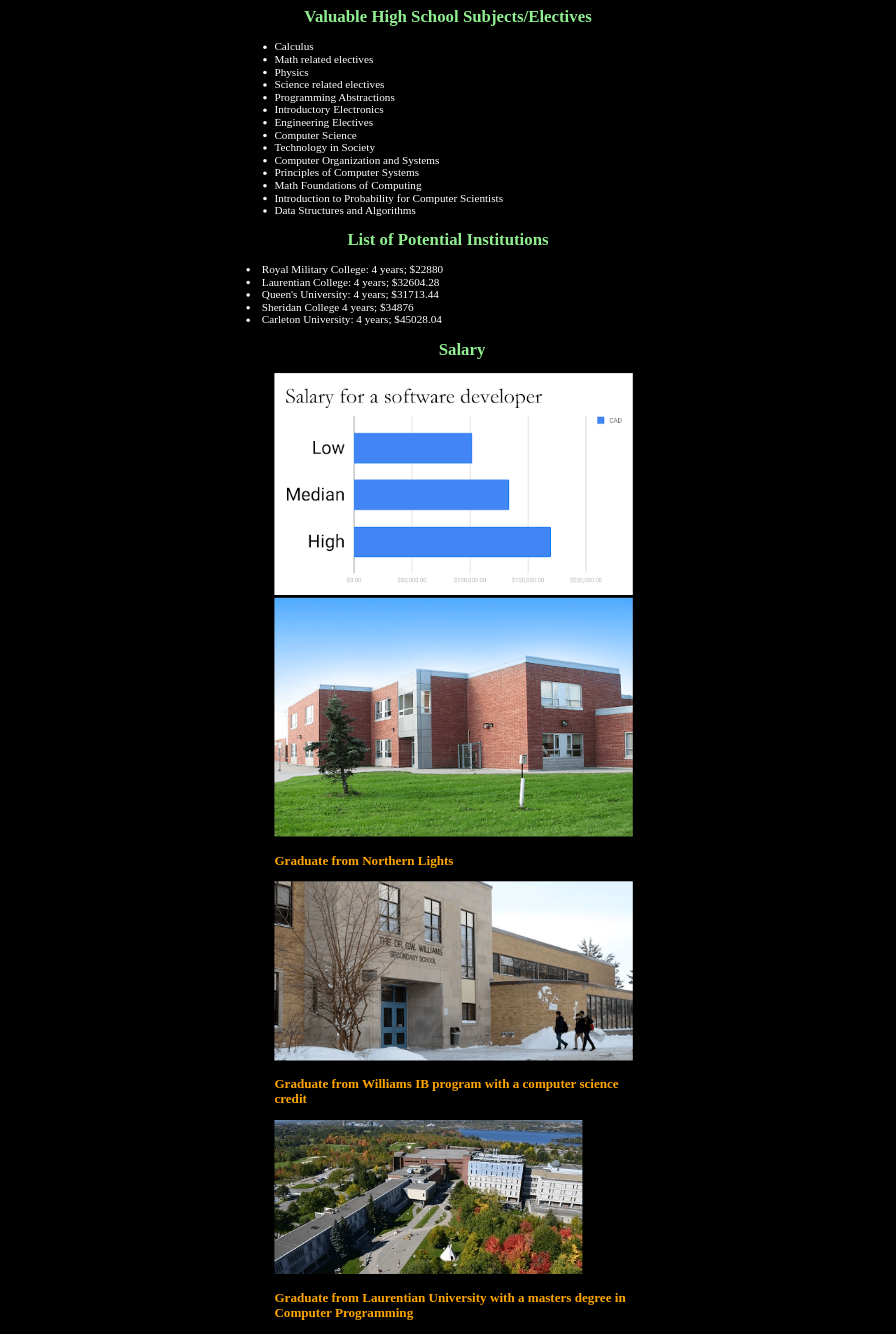
Repository: soerik/1soerik.github.io
Page: index.html
The author's editor kept a record of every edit. The page is drawn from the files as they stood at one moment, then again after the next edit.
The browser window is 1280 px wide. The pictures show the part of the page from y = 1190 to 3110 px (the page is 3095 px tall before and 3110 px after), at 70% of full size.

Above is the page before.

After the next edit:
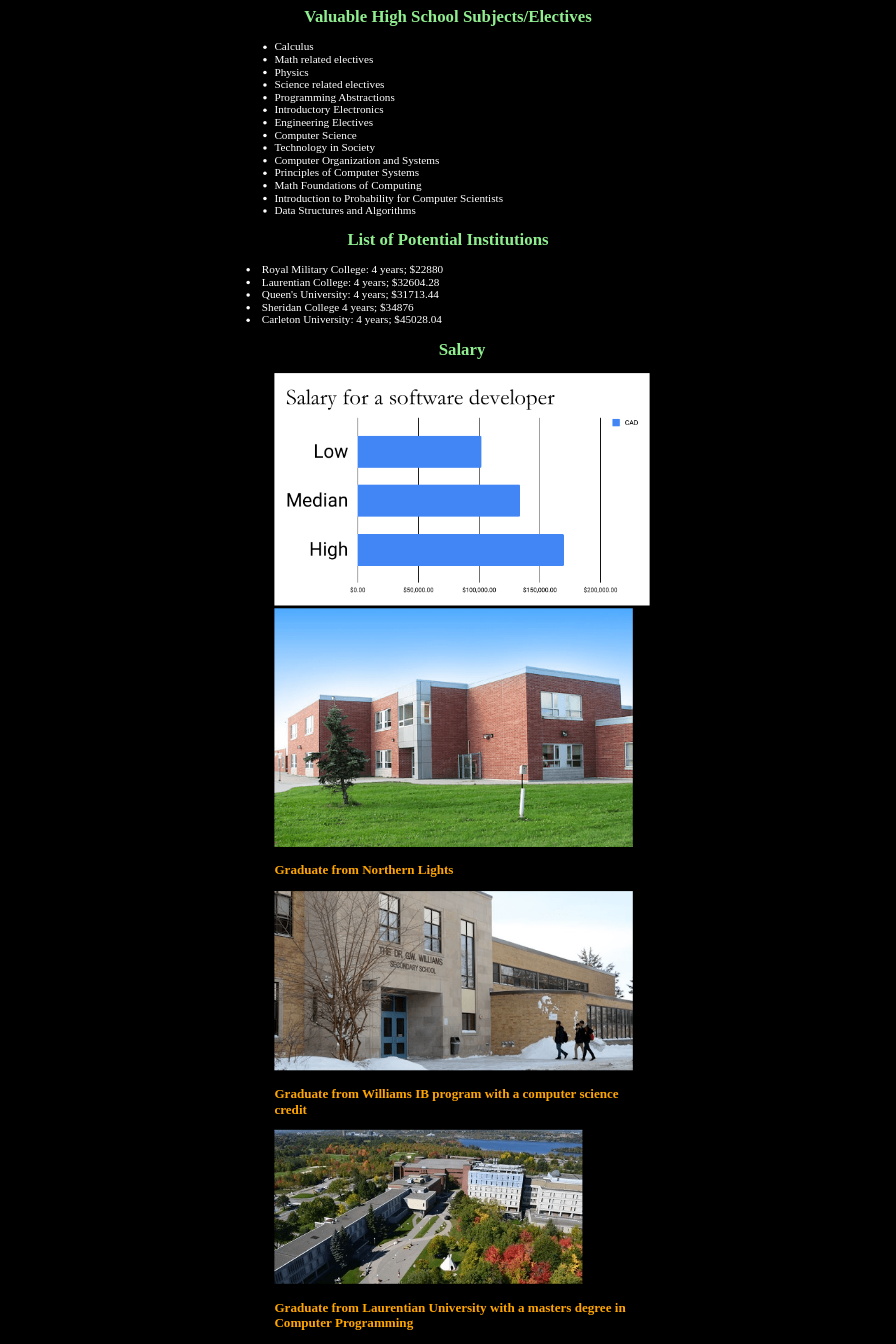
The edit:
--- a/index.html
+++ b/index.html
@@ -125,7 +125,7 @@
 <ul>
 
 <h2>Salary</h2>
-<img src="Salary Graph-min.png"></img>
+<img src="chart.png"></img>
 
 <img src="Northern Lights-min.png"></img>
 <h3>Graduate from Northern Lights</h3>
